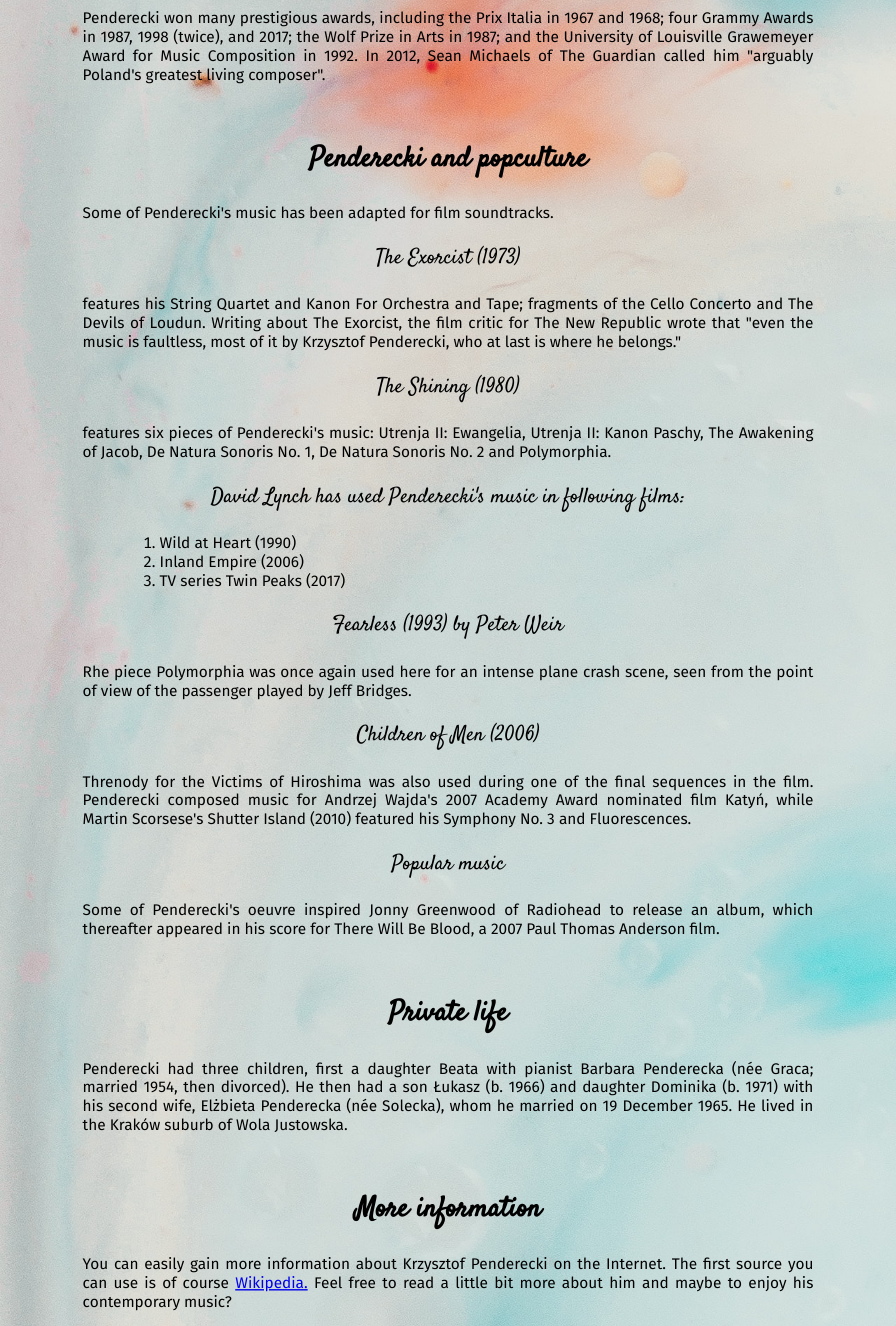
Repository: justynke/tribute_page
Page: index.html
The author's editor kept a copy of each file at every save. The page is drawn from the files as they stood at one save, then again after the next save.
The browser window is 1280 px wide. The pictures show the part of the page from y = 1532 to 3452 px (the page is 3426 px tall before and 3452 px after), at 70% of full size.

Above is the page before, as saved 2020-04-24 16:05:47.

After the next save:
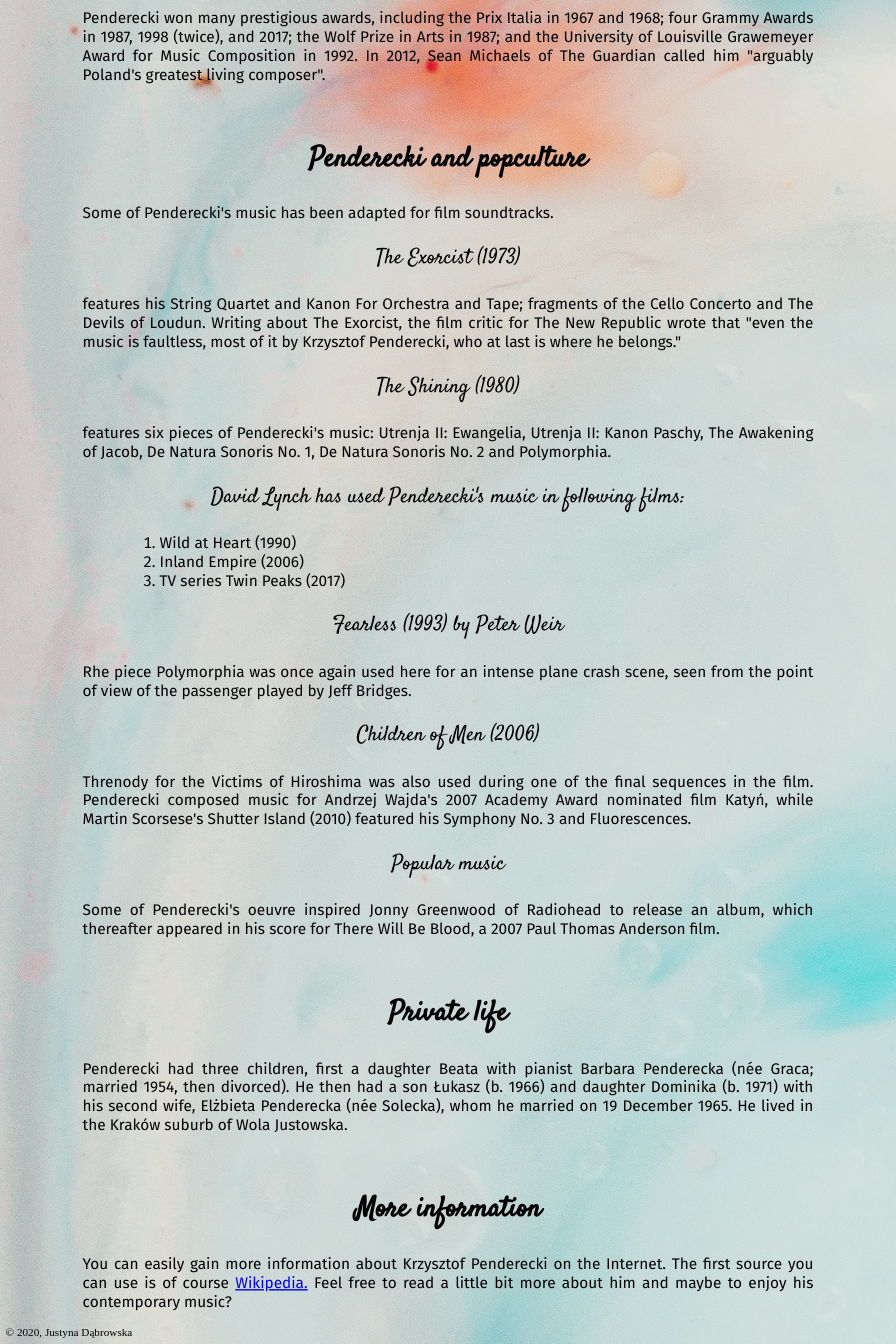
Saved 3 min 20 s later.
--- a/index.html
+++ b/index.html
@@ -92,5 +92,8 @@
     </div>
     <script src="https://cdn.freecodecamp.org/testable-projects-fcc/v1/bundle.js"></script>
 </main>
+<footer>
+    &copy; 2020, Justyna Dąbrowska
+</footer>
 </body>
 </html>
